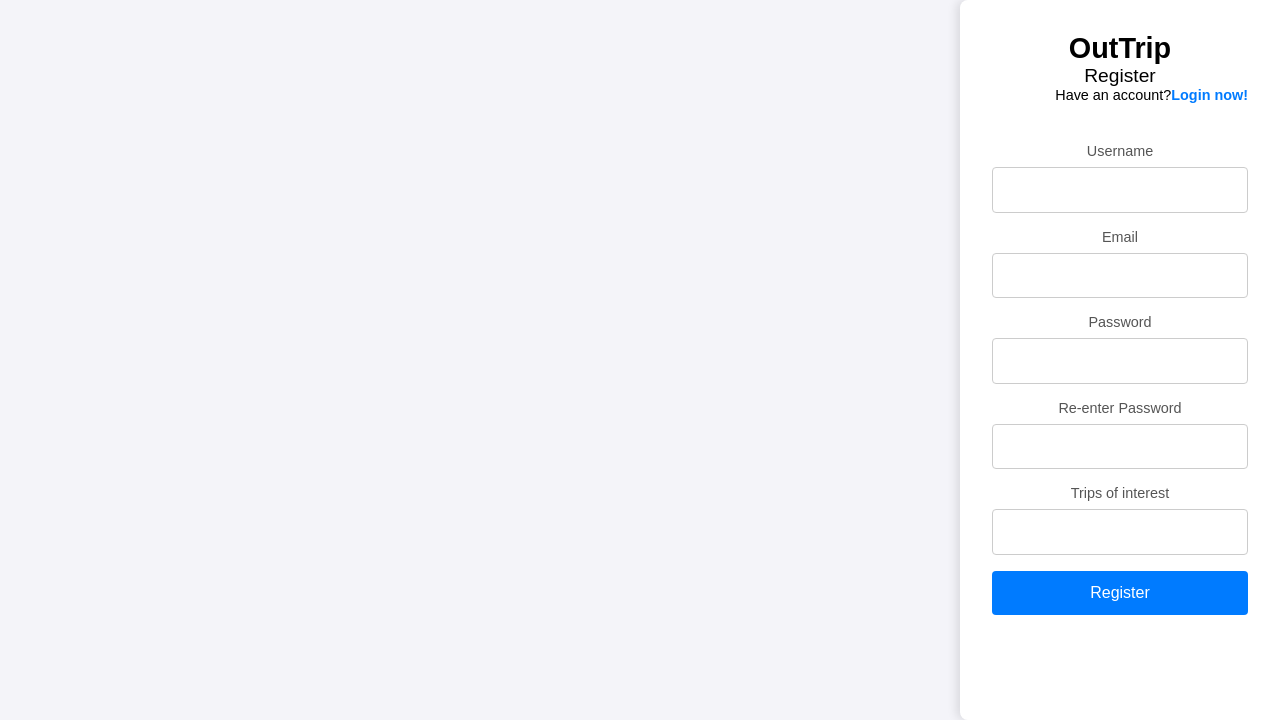
Repository: Nuttawut-Amattong/outtrip
Page: /register (app in OutTrip/)
These files come from the project's save history. The page is drawn as it stood at one moment and after the next save; the edit follows.
The browser window is 1280 px wide. The pictures show the whole page.
The project was rebuilt for these pictures with package versions that can differ from the ones it lists, and the page was loaded fresh each time. Also part of the build but not shown: OutTrip/vite.config.js, OutTrip/src/pages/Login.jsx, OutTrip/src/pages/Forgetpass.jsx.

Above is the page before, as saved 2025-05-19 01:25:18.

### OutTrip/src/main.jsx
import { StrictMode } from 'react';
import { createRoot } from 'react-dom/client';
import { BrowserRouter, Routes, Route } from 'react-router-dom';
import Login from './pages/Login.jsx';
import Register from './pages/Register.jsx';
import Forgetpass from './pages/Forgetpass.jsx';

createRoot(document.getElementById('root')).render(
  <StrictMode>
    <BrowserRouter>
      <Routes>
        <Route path="/" element={<Login />} />
        <Route path="/register" element={<Register />} />
        <Route path="/forgot-password" element={<Forgetpass />} />
      </Routes>
    </BrowserRouter>
  </StrictMode>
);

### OutTrip/src/pages/Register.jsx
import React, { useState } from 'react';
import '../CSS/register.css';

const Register = () => {
  const [formData, setFormData] = useState({
    username: '',
    email: '',
    password: '',
    rePassword: '',
    trip: ''
  });

  const [error, setError] = useState('');

  const handleChange = (e) => {
    const { name, value } = e.target;
    setFormData({
      ...formData,
      [name]: value,
    });
    setError('');
  };

  const handleSubmit = (e) => {
    e.preventDefault();

    if (formData.password !== formData.rePassword) {
      setError('Passwords do not match');
      return;
    }

    console.log('Registering user:', formData);
    // ที่นี่คุณสามารถต่อยอดส่งข้อมูลไป backend ได้เลย
  };

  return (
    <div className="register-container">
      <div className="register-header">
        <h1>OutTrip</h1>
        <h2>Register</h2>
        <div className="forgot-password-link">
          Have an account?
          <a href="/">Login now!</a>
        </div>
      </div>

      <form onSubmit={handleSubmit}>
        <label htmlFor="username">Username</label>
        <input
          type="text"
          id="username"
          name="username"
          value={formData.username}
          onChange={handleChange}
          required
        />

        <label htmlFor="email">Email</label>
        <input
          type="email"
          id="email"
          name="email"
          value={formData.email}
          onChange={handleChange}
          required
        />

        <label htmlFor="password">Password</label>
        <input
          type="password"
          id="password"
          name="password"
          value={formData.password}
          onChange={handleChange}
          required
        />

        <label htmlFor="rePassword">Re-enter Password</label>
        <input
          type="password"
          id="rePassword"
          name="rePassword"
          value={formData.rePassword}
          onChange={handleChange}
          required
        />

        <label htmlFor="trip">Trips of interest</label>
        <input
          type="text"
          id="trip"
          name="trip"
          value={formData.trip}
          onChange={handleChange}
          required
        />

        {error && <p className="error">{error}</p>}

        <button type="submit">Register</button>
      </form>
    </div>
  );
};

export default Register;

### OutTrip/src/CSS/login.css
body {
    font-family: Arial, sans-serif;
    margin: 0;
    padding: 0;
    background-color: #f4f4f9;
    display: block;
}

.login-container {
    background-color: #ffffff;
    padding: 2rem;
    border-radius: 0 8px 8px 0;
    box-shadow: 4px 0 10px rgba(0, 0, 0, 0.1);
    width: 100%;
    max-width: 320px;
    height: 100vh;
    box-sizing: border-box;
    position: fixed;
    left: 0;
    top: 0;
    display: flex;
    flex-direction: column;
}

.login-header {
    margin-bottom: 2rem; /* เพิ่มระยะห่างระหว่าง header กับ form */
    text-align: center;
}

.login-header h1 {
    font-size: 1.8rem;
    margin: 0 0 0.5rem 0;
    color: #333333;
}

.login-header .register-link {
    font-size: 0.9rem;
    color: #333333;
}

.login-header .register-link a {
    color: #007bff;
    text-decoration: none;
}

.login-header .register-link a:hover {
    text-decoration: underline;
}

.login-container form {
    display: flex;
    flex-direction: column;
    flex-grow: 1;
}

.login-container label {
    font-size: 0.9rem;
    margin-bottom: 0.5rem;
    color: #555555;
}

.login-container input[type="text"],
.login-container input[type="password"] {
    padding: 0.8rem;
    margin-bottom: 1rem;
    border: 1px solid #cccccc;
    border-radius: 4px;
    font-size: 1rem;
    box-sizing: border-box;
    width: 100%;
}

.login-container input[type="text"],
.login-container input[type="password"] {
    padding: 0.8rem;
    margin-bottom: 0.5rem; /* ลดช่องว่างระหว่างช่องกรอก */
    border: 1px solid #cccccc;
    border-radius: 4px;
    font-size: 1rem;
    box-sizing: border-box;
    width: 100%;
}

.login-container button {
    padding: 0.8rem;
    background-color: #007bff;
    color: #ffffff;
    border: none;
    border-radius: 4px;
    font-size: 1rem;
    cursor: pointer;
    transition: background-color 0.3s ease;
    margin-top: 0; /* ลบ auto เพื่อไม่ดันปุ่มลงล่าง */
}

.login-container button:hover {
    background-color: #0056b3;
}

.forgot-password-link {
    margin-top: 0.5rem;
    font-size: 0.9rem;
    color: #007bff;
    text-align: center;
}

.forgot-password-link a {
    color: inherit;
    text-decoration: none;
}

.forgot-password-link a:hover {
    text-decoration: underline;
}

.login-links {
    margin-bottom: 1rem;
    font-size: 0.85rem;
    color: #333333;
    display: flex;
    flex-direction: column;
    gap: 0.5rem;
    text-align: center;
}

.login-links a {
    color: inherit;
    text-decoration: none;
    cursor: pointer;
}

.login-links a:hover {
    text-decoration: underline;
}

### OutTrip/src/CSS/register.css
.register-container {
  background-color: #ffffff;
  padding: 2rem;
  border-radius: 8px 0 0 8px;       /* มุมโค้งด้านซ้าย (ตรงข้าม login) */
  box-shadow: -4px 0 10px rgba(0, 0, 0, 0.1); /* เงาทางซ้าย */
  width: 100%;
  max-width: 320px;
  height: 100vh;
  box-sizing: border-box;
  position: fixed;
  right: 0;           /* อยู่ด้านขวา */
  top: 0;

  display: flex;
  flex-direction: column;
  align-items: center;
  text-align: center;
}

.register-header {
  width: 100%;
  margin-bottom: 1.5rem;   /* ปรับระยะห่างให้เหมือน login */
  text-align: center;
}

.register-header h1,
.register-header h2,
.forgot-password-link {
  margin: 0 0 0.5rem 0;
  padding: 0;
  width: 100%;
  text-align: center;
}

.register-header h1 {
  font-size: 1.8rem;    /* ตาม login */
  margin-bottom: 1.5rem;
  color: #333333;
  font-weight: bold;
}

.register-header h2 {
  font-size: 1.2rem;
  color: #555555;
  font-weight: normal;
}

/* ฟอร์มและส่วนอื่นๆ เหมือน login */
.register-container form {
  display: flex;
  flex-direction: column;
  width: 100%;
}

.register-container label {
  font-size: 0.9rem;
  margin-bottom: 0.5rem;
  color: #555555;
}

.register-container input[type="text"],
.register-container input[type="email"],
.register-container input[type="password"] {
  padding: 0.8rem;
  margin-bottom: 1rem;
  border: 1px solid #cccccc;
  border-radius: 4px;
  font-size: 1rem;
  width: 100%;
  box-sizing: border-box;
}

.register-container input:focus {
  border-color: #007bff;
  outline: none;
}

.register-container button {
  padding: 0.8rem;
  background-color: #007bff;
  color: #ffffff;
  border: none;
  border-radius: 4px;
  font-size: 1rem;
  cursor: pointer;
  transition: background-color 0.3s ease;
}

.register-container button:hover {
  background-color: #0056b3;
}

.register-container p {
  font-size: 0.9rem;
  color: red;
  margin-top: -0.5rem;
  margin-bottom: 1rem;
}

.forgot-password-link {
  font-size: 0.9rem;
  color: #333;
}

.forgot-password-link a {
  color: #007bff;
  text-decoration: none;
  font-weight: 600;
}

.forgot-password-link a:hover {
  text-decoration: underline;
}

### OutTrip/src/CSS/forgetpass.css
body {
    font-family: Arial, sans-serif;
    margin: 0;
    padding: 0;
    background-color: #f4f4f9;
    display: block;
}


.forgetpass-container {
    background-color: #ffffff;
    padding: 2rem;
    border-radius: 0 8px 8px 0;
    box-shadow: 4px 0 10px rgba(0, 0, 0, 0.1);
    width: 100%;
    max-width: 400px;
    height: 100vh;
    box-sizing: border-box;
    position: fixed;
    left: 0;
    top: 0;
}

.forgetpass-title {
    font-size: 1.5rem;
    font-weight: 600;
    color: #333;
    margin-bottom: 20px;
}

.forgetpass-form {
    width: 100%;
    display: flex;
    flex-direction: column;
}

.forgetpass-label {
    font-size: 0.9rem;
    color: #444;
    margin-bottom: 6px;
}

.forgetpass-input {
    padding: 10px;
    font-size: 1rem;
    border: 1px solid #ccc;
    border-radius: 5px;
    margin-bottom: 16px;
    outline: none;
    transition: border 0.2s;
}

.forgetpass-input:focus {
    border-color: #999;
}

.forgetpass-btn {
    background-color: #333;
    color: #fff;
    font-size: 1rem;
    font-weight: 500;
    border: none;
    border-radius: 5px;
    padding: 10px 0;
    cursor: pointer;
    transition: background-color 0.2s;
}

.forgetpass-btn:hover {
    background-color: #222;
}

.forgetpass-link {
    margin-top: 14px;
    font-size: 0.85rem;
    color: #666;
    text-align: center;
    text-decoration: none;
}

.forgetpass-link:hover {
    text-decoration: underline;
}

.register-header {
  margin-bottom: 2rem;    /* เว้นระยะห่างกับฟอร์ม */
  text-align: right;      /* จัดข้อความชิดขวา */
  color: #000000;         /* กำหนดสีข้อความทั้งหมดเป็นดำ (หรือสีที่ต้องการ) */
}

.register-header h1,
.register-header h2 {
  margin: 0;
  color: inherit;         /* ให้ h1, h2 ใช้สีเดียวกับ parent (.register-header) */
}

.forgot-password-link {
  font-size: 0.9rem;
  color: inherit;         /* ใช้สีเดียวกับ .register-header คือดำ */
  text-align: right;      /* ให้ข้อความในลิงก์ติดขวา */
}

.forgot-password-link a {
  color: #007bff;         /* ลิงก์สีฟ้า */
  text-decoration: none;
}

.forgot-password-link a:hover {
  text-decoration: underline;
}

Loaded but not shown: OutTrip/index.html (common file)

After the next save:
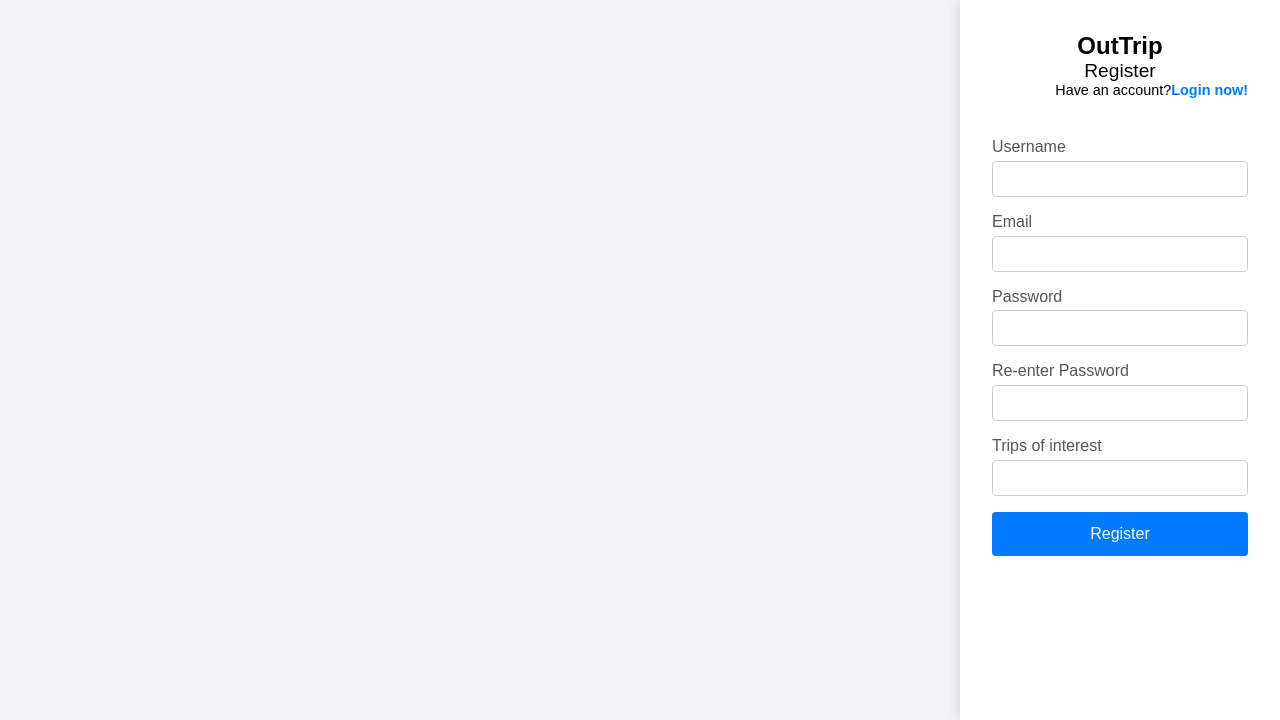
Saved 2 s later.
--- a/OutTrip/src/CSS/register.css
+++ b/OutTrip/src/CSS/register.css
@@ -1,26 +1,26 @@
 .register-container {
-  background-color: #ffffff;
+  position: absolute;
+  right: 0;
+  top: 0;
+  width: 320px;
+  height: 100vh;
+  background-color: #fff;
   padding: 2rem;
-  border-radius: 8px 0 0 8px;       /* มุมโค้งด้านซ้าย (ตรงข้าม login) */
-  box-shadow: -4px 0 10px rgba(0, 0, 0, 0.1); /* เงาทางซ้าย */
-  width: 100%;
-  max-width: 320px;
-  height: 100vh;
   box-sizing: border-box;
-  position: fixed;
-  right: 0;           /* อยู่ด้านขวา */
-  top: 0;
 
   display: flex;
   flex-direction: column;
-  align-items: center;
-  text-align: center;
+  align-items: center; /* กึ่งกลางแนวนอนของ container */
+  /* เอา text-align: center ออก เพื่อไม่ให้ label กึ่งกลาง */
+  text-align: left;  /* ชิดซ้าย เพื่อ label */
+  box-shadow: -4px 0 10px rgba(0, 0, 0, 0.1);
+  overflow-y: auto;
 }
 
 .register-header {
   width: 100%;
-  margin-bottom: 1.5rem;   /* ปรับระยะห่างให้เหมือน login */
-  text-align: center;
+  margin-bottom: 2rem;
+  text-align: center; /* เฉพาะ header กึ่งกลาง */
 }
 
 .register-header h1,
@@ -29,14 +29,13 @@
   margin: 0 0 0.5rem 0;
   padding: 0;
   width: 100%;
-  text-align: center;
+  text-align: center; /* กึ่งกลางข้อความ header */
 }
 
 .register-header h1 {
-  font-size: 1.8rem;    /* ตาม login */
-  margin-bottom: 1.5rem;
-  color: #333333;
+  font-size: 1.5rem;
   font-weight: bold;
+  color: #333;
 }
 
 .register-header h2 {
@@ -45,7 +44,22 @@
   font-weight: normal;
 }
 
-/* ฟอร์มและส่วนอื่นๆ เหมือน login */
+.forgot-password-link {
+  font-size: 0.9rem;
+  color: #333; /* ใช้สีข้อความธรรมดา */
+}
+
+.forgot-password-link a {
+  color: #007bff;
+  text-decoration: none;
+  font-weight: 600;
+}
+
+.forgot-password-link a:hover {
+  text-decoration: underline;
+}
+
+/* ฟอร์มและส่วนอื่นๆ */
 .register-container form {
   display: flex;
   flex-direction: column;
@@ -53,15 +67,17 @@
 }
 
 .register-container label {
-  font-size: 0.9rem;
-  margin-bottom: 0.5rem;
+  font-size: 1rem;
+  margin-bottom: 0.3rem;
   color: #555555;
+  text-align: left;  /* ชิดซ้าย */
+  display: block;    /* ทำให้ text-align ทำงาน */
 }
 
 .register-container input[type="text"],
 .register-container input[type="email"],
 .register-container input[type="password"] {
-  padding: 0.8rem;
+  padding: 0.5rem;
   margin-bottom: 1rem;
   border: 1px solid #cccccc;
   border-radius: 4px;
@@ -96,18 +112,3 @@
   margin-top: -0.5rem;
   margin-bottom: 1rem;
 }
-
-.forgot-password-link {
-  font-size: 0.9rem;
-  color: #333;
-}
-
-.forgot-password-link a {
-  color: #007bff;
-  text-decoration: none;
-  font-weight: 600;
-}
-
-.forgot-password-link a:hover {
-  text-decoration: underline;
-}
